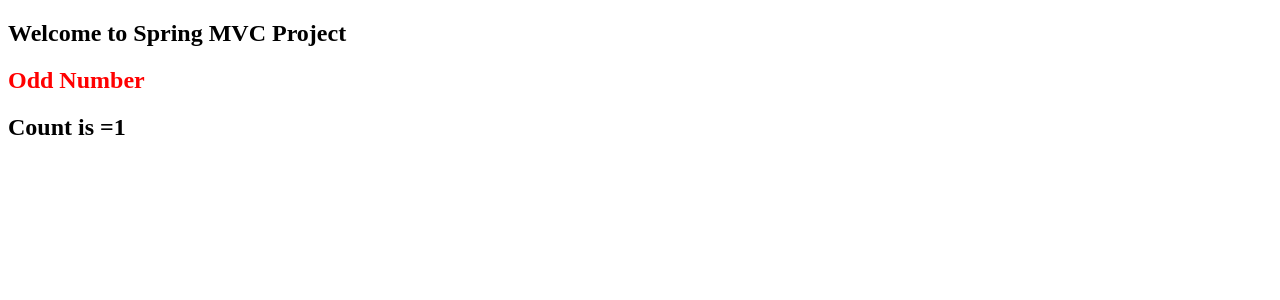
Repository: PragatiShinde16/SpringMVCDemo
Page: http://localhost/SpringMVCProject/views/login.jsp
These files come from the project's save history. The page is drawn as it stood at one moment and after the next save; the edit follows.
The browser window is 1280 px wide. The pictures show the whole page.
The page is served by Tomcat 9.

Above is the page before, as saved 2024-08-27 05:08:59.

After the next save:
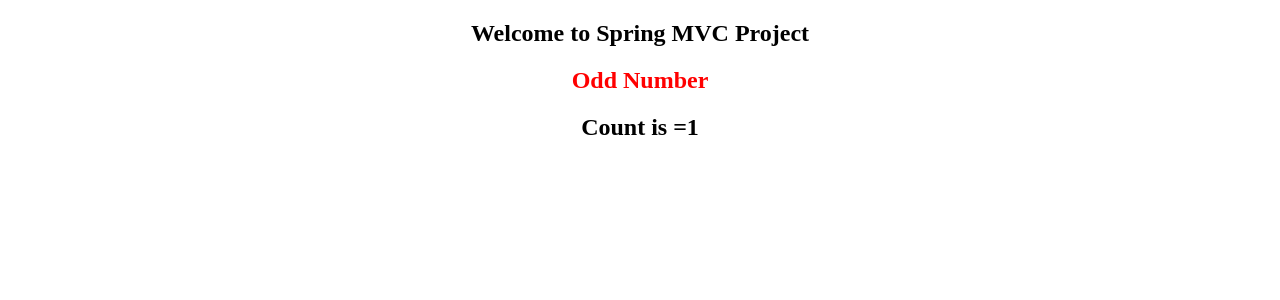
Saved 96 s later.
--- a/SpringMVCProject/src/main/webapp/views/login.jsp
+++ b/SpringMVCProject/src/main/webapp/views/login.jsp
@@ -6,7 +6,7 @@
 <meta charset="ISO-8859-1">
 <title>Insert title here</title>
 </head>
-<body center>
+<body style="text-align: center;">
 	<h2>Welcome to Spring MVC Project</h2>
 
 	<%!
